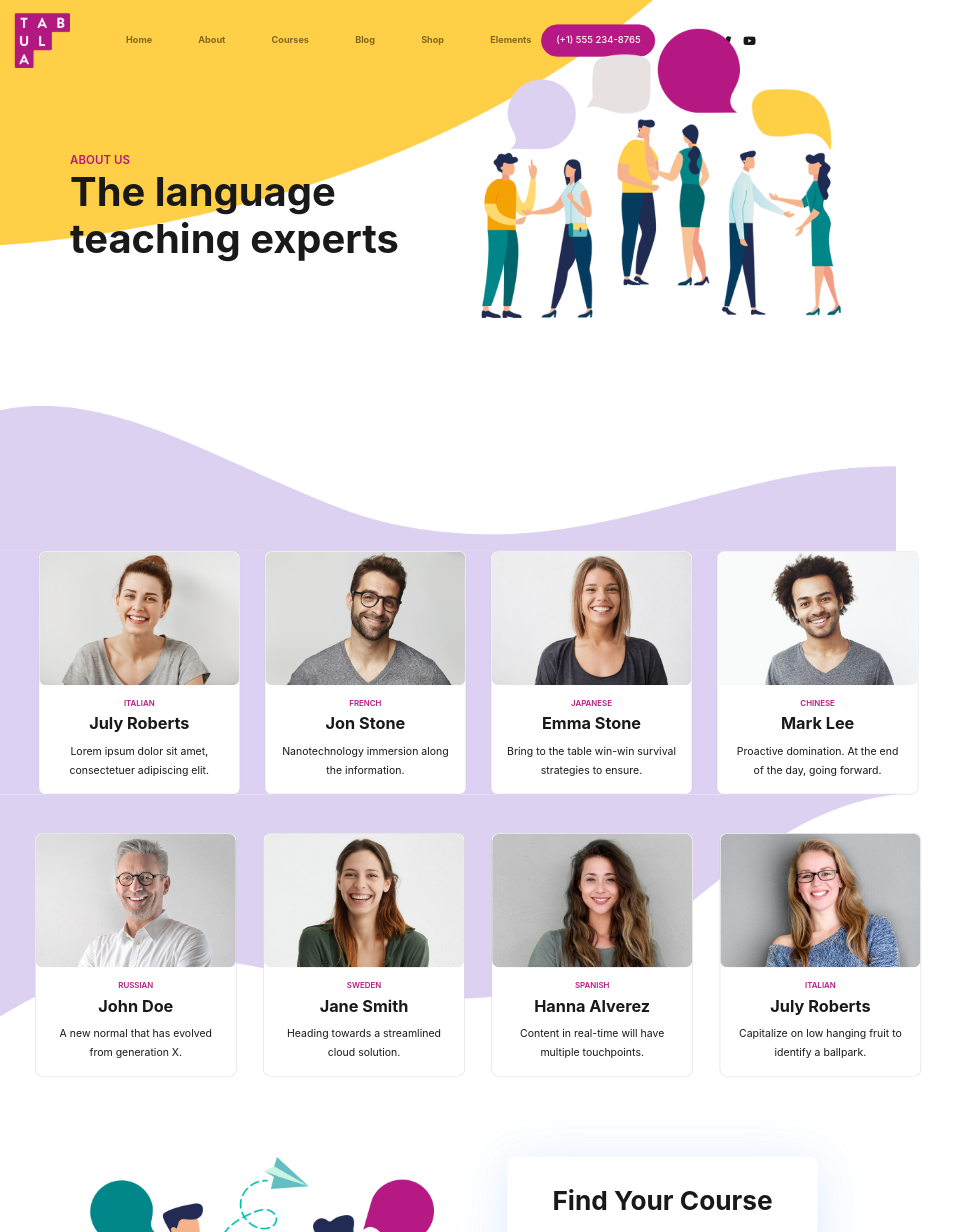
Repository: Khanh1234-glitch/TruongNguyenBaoKhanh_BC22_assignment__tabula
Page: Tabula/index.html
An editor plug-in stored every save of this project. The page is shown before and after the next save, followed by the edit.
The browser window is 1280 px wide. The page is 1366 px wide, so the pictures cover 1366 px, including what lies to the right of the window. The pictures show the part of the page from y = 0 to 1760 px (the page is 3071 px tall), at 70% of full size.
The style sheet was rebuilt from its Sass, Less or Tailwind sources for each picture, by a compiler version that may differ from the author's.

Above is the page before, as saved 2022-04-18 16:05:22.

### Tabula/index.html
<!doctype html>
<html lang="en">

<head>
    <title>Title</title>
    <!-- Required meta tags -->
    <meta charset="utf-8">
    <meta name="viewport" content="width=device-width, initial-scale=1, shrink-to-fit=no">
    <!-- link css -->
    <link rel="stylesheet" href="./css/style.css">
    <!-- link fontawesome -->
    <link rel="stylesheet" href="https://cdnjs.cloudflare.com/ajax/libs/font-awesome/5.15.4/css/all.min.css">
    <!-- Bootstrap CSS -->
    <link rel="stylesheet" href="https://stackpath.bootstrapcdn.com/bootstrap/4.3.1/css/bootstrap.min.css" integrity="sha384-ggOyR0iXCbMQv3Xipma34MD+dH/1fQ784/j6cY/iJTQUOhcWr7x9JvoRxT2MZw1T" crossorigin="anonymous">
</head>

<body>
    <header>
        <nav style="position: fixed;" class="navbar   navbar-expand-lg navbar-light ">
            <a class="navbar-brand" href="#"><img src="./img/crest.png" alt=""></a>
            <button class="navbar-toggler" type="button" data-toggle="collapse" data-target="#navbarSupportedContent" aria-controls="navbarSupportedContent" aria-expanded="false" aria-label="Toggle navigation">
                <span class="navbar-toggler-icon"></span>
            </button>

            <div class="collapse navbar-collapse" id="navbarSupportedContent">
                <ul class="navbar-nav ml-auto">
                    <li class="nav-item ">
                        <a class="nav-link" href="#">Home</a>
                    </li>
                    <li class="nav-item">
                        <a class="nav-link" href="#">About</a>
                    </li>
                    <li class="nav-item">
                        <a class="nav-link" href="#">Courses</a>
                    </li>
                    <li class="nav-item">
                        <a class="nav-link" href="#">Blog</a>
                    </li>
                    <li class="nav-item">
                        <a class="nav-link" href="#">Shop</a>
                    </li>
                    <li class="nav-item">
                        <a class="nav-link" href="#">Elements</a>
                    </li>
                </ul>
                <form class="form-inline my-2 my-lg-0">
                    <div class="button">
                        <button class="btn btn-outline-success my-2 my-sm-0" type="submit">(+1) 555 234-8765</button>
                    </div>
                    <div class="social">
                        <a href="#"><i class="fab fa-facebook-f"></i></a>
                        <a href="#"><i class="fab fa-instagram"></i></a>
                        <a href="#"><i class="fab fa-twitter"></i></a>
                        <a href="#"><i class="fab fa-youtube"></i></a>
                    </div>
                </form>
            </div>
        </nav>
        <div class="hero-book container ">
            <div class=" text-left col-lg-6">
                <span>ABOUT US</span>
                <h1>The language teaching experts</h1>
            </div>
            <div class="img-right col-lg-6">
                <img src="./img/hero_team.png" alt="">
            </div>
        </div>
    </header>
    <section class="column-img ">
        <img src="./img/Violet_top_left_wave.png" alt="">
        <div class="bg-card">
            <div class="container-card ">
                <div class="card" style="width: 18rem;">
                    <div class="img-card">
                        <img class="card-img-top" srcset="./img/teacher_1.jpg " alt="Card image cap">
                    </div>
                    <div class="card-body">
                        <p>ITALIAN</p>
                        <h5 class="card-title">July Roberts</h5>
                        <p class="card-text">Lorem ipsum dolor sit amet, consectetuer adipiscing elit.
                        </p>
                    </div>
                </div>
                <div class="card" style="width: 18rem;">
                    <div class="img-card">
                        <img class="card-img-top" srcset="./img/teacher_2.jpg " alt="Card image cap">
                    </div>
                    <div class="card-body">
                        <p>FRENCH</p>
                        <h5 class="card-title">Jon Stone
                        </h5>
                        <p class="card-text">Nanotechnology immersion along the information.</p>
                    </div>
                </div>
                <div class="card" style="width: 18rem;">
                    <div class="img-card">
                        <img class="card-img-top" srcset="./img/teacher_3.jpg" alt="Card image cap">
                    </div>
                    <div class="card-body">
                        <p>JAPANESE</p>
                        <h5 class="card-title">Emma Stone</h5>
                        <p class="card-text">Bring to the table win-win survival strategies to ensure.
                        </p>
                    </div>
                </div>
                <div class="card" style="width: 18rem;">
                    <div class="img-card">
                        <img class="card-img-top" srcset="./img/teacher_4.jpg " alt="Card image cap">
                    </div>
                    <div class="card-body">
                        <p>CHINESE</p>
                        <h5 class="card-title">Mark Lee</h5>
                        <p class="card-text">Proactive domination. At the end of the day, going forward.
                        </p>
                    </div>
                </div>
            </div>
        </div>

        <img src="./img/Violet_bottom_left_wave.png" alt="">
        <div class="card-bottom">
            <div class="container-card ">
                <div class="card" style="width: 18rem;">
                    <div class="img-card">
                        <img class="card-img-top" srcset="./img/teacher_5.jpg " alt="Card image cap">
                    </div>
                    <div class="card-body">
                        <p>RUSSIAN</p>
                        <h5 class="card-title">John Doe</h5>
                        <p class="card-text">A new normal that has evolved from generation X.</p>
                    </div>
                </div>
                <div class="card" style="width: 18rem;">
                    <div class="img-card">
                        <img class="card-img-top" srcset="./img/teacher_6.jpg " alt="Card image cap">
                    </div>
                    <div class="card-body">
                        <p>SWEDEN</p>
                        <h5 class="card-title">Jane Smith</h5>
                        <p class="card-text">Heading towards a streamlined cloud solution.</p>
                    </div>
                </div>
                <div class="card" style="width: 18rem;">
                    <div class="img-card">
                        <img class="card-img-top" srcset="./img/teacher_7.jpg " alt="Card image cap">
                    </div>
                    <div class="card-body">
                        <p>SPANISH</p>
                        <h5 class="card-title">Hanna Alverez</h5>
                        <p class="card-text">Content in real-time will have multiple touchpoints.
                        </p>
                    </div>
                </div>
                <div class="card" style="width: 18rem;">
                    <div class="img-card">
                        <img class="card-img-top" srcset="./img/teacher_8.jpg " alt="Card image cap">
                    </div>
                    <div class="card-body">
                        <p>ITALIAN</p>
                        <h5 class="card-title">July Roberts</h5>
                        <p class="card-text">Capitalize on low hanging fruit to identify a ballpark.
                        </p>
                    </div>
                </div>
            </div>
        </div>
    </section>
    <section class="contact-form container">
        <div class="img-left">
            <img src="./img/conatct_inner.png" alt="">
        </div>
        <div class="form-right">
            <div class="form">
                <div class="title">Find Your Course</div>
                <div class="contact-form-bottom">
                    <div class="row-form">
                        <div class="name-form"><input type="text" placeholder="Name"><i class="fa fa-user"></i></div>
                        <div class="email-form"><input type="text" placeholder="Email"><i class="fa fa-envelope"></i></div>
                    </div>
                    <div class="seclect-form">
                        <i class="fa fa-hard-hat"></i>
                        <select class="form-control" id="exampleFormControlSelect1">
                            <option>English</option>
                            <option>French</option>
                            <option>Spanish</option>
                            <option>German</option>
                        </select>
                    </div>
                    <div class="text-form">
                        <i class="fa fa-sms"></i>
                        <textarea name="" id="" cols="30" rows="10" placeholder="Messager"></textarea>
                    </div>
                    <div class="btn-form">
                        <button>Send</button>
                    </div>
                </div>

            </div>
        </div>
    </section>
    <section class="footer-contact">
        <div class="img-header">
            <img src="./img/accent_bottom_wave_01.png" alt="">
        </div>
        <div class="contact-end ">
            <div class="contact-us">
                <span>Contact us</span>
                <div class="content-list">
                    <ul>
                        <li><i class="fa fa-map-marker-alt"></i>Franklin St, Greenpoint Ave</li>
                        <li><i class="fa fa-phone"></i>+2342 5446 67</li>
                        <li><i class="fa fa-clock"></i>Monday - Friday: 8 AM - 5 PM</li>
                    </ul>
                </div>
                <div class="social">
                    <i class="fab fa-twitter"></i>
                    <i class="fab fa-instagram"></i>
                    <i class="fab fa-facebook-f"></i>
                    <i class="fab fa-youtube"></i>
                </div>
            </div>
            <div class="quick-link">
                <span>Quick Links</span>
                <ul>
                    <li>
                        <a href="">Home</a>
                    </li>
                    <li>
                        <a href="">Courses</a>
                    </li>
                    <li>
                        <a href="">Schedule</a>
                    </li>
                    <li>
                        <a href="">Blog</a>
                    </li>
                </ul>
            </div>
            <div class="about">
                <span>About</span>
                <ul>
                    <li>
                        <a href="">About Us</a>
                    </li>
                    <li>
                        <a href="">Events</a>
                    </li>
                    <li>
                        <a href="">Get Quote</a>
                    </li>
                    <li>
                        <a href="">Contact</a>
                    </li>
                </ul>
            </div>
            <div class="newsletter">
                <span>Newsletter</span>
                <div>
                    <input type="email" placeholder="Your email">
                    <button>subscribe</button>
                </div>
            </div>
        </div>
        <img src="./img/footer_background.jpg" alt="">
    </section>

    <!-- Optional JavaScript -->
    <!-- jQuery first, then Popper.js, then Bootstrap JS -->
    <script src="https://code.jquery.com/jquery-3.3.1.slim.min.js" integrity="sha384-q8i/X+965DzO0rT7abK41JStQIAqVgRVzpbzo5smXKp4YfRvH+8abtTE1Pi6jizo" crossorigin="anonymous"></script>
    <script src="https://cdnjs.cloudflare.com/ajax/libs/popper.js/1.14.7/umd/popper.min.js" integrity="sha384-UO2eT0CpHqdSJQ6hJty5KVphtPhzWj9WO1clHTMGa3JDZwrnQq4sF86dIHNDz0W1" crossorigin="anonymous"></script>
    <script src="https://stackpath.bootstrapcdn.com/bootstrap/4.3.1/js/bootstrap.min.js" integrity="sha384-JjSmVgyd0p3pXB1rRibZUAYoIIy6OrQ6VrjIEaFf/nJGzIxFDsf4x0xIM+B07jRM" crossorigin="anonymous"></script>
    <script src="./main.js"></script>
</body>

</html>

### Tabula/Sass/style.scss
@import "./helper/mixin";
@import "./helper/variable";
@import "./Component/navbar";
@import "./Component/button";
@import "./Component/social";
@import "./Component/herobook";
@import "./Component/card-info";
@import "./Component/footer-form";
@import "./Component/footer.contact";

### Tabula/Sass/helper/_mixin.scss
@mixin content($fs, $fw, $color) {
    font-size: $fs;
    font-weight: $fw;
    background-color: $color;
}

@mixin content2($fs, $fw, $color) {
    font-size: $fs;
    font-weight: $fw;
    color: $color;
}

### Tabula/Sass/helper/_variable.scss
//color
$color:#e6afd4;
$color2:#181818;
$color3:#b61984 !important;
$color4:#191919 !important;
$color5:#dcd1f3;
$color6:#fff;
//font weight
$fw-1:500;
$fw-2:600;
$fw-3:700;
$fw-4:800;
$fw-0:300;
//font-size
$fs-0:12px;
$fs-1:13px;
$fs-2:57px;
$fs-3:16.5px;
$fs-4:14.625px;
$fs-5:13.125px;
$fs-6:13.5px;
$fs-7:16.5px;
$fs-8:15px;
$fs-9:17.25px;
$fs-10:11.25px;
$fs-11:23.25px;
$fs-12:37.5px;

### Tabula/Sass/Component/_navbar.scss
body {
    background: url("./../../img/yellow_top_wave_01.png");
    background-repeat: no-repeat;
}

header.sticky {
    padding: 5px 100px;
    background-color: $color6;
}

.navbar-nav {
    .nav-item {
        .nav-link {
            @include content2($fs-1,
            $fw-3,
            $color2);
            margin-left: 50px;
        }
    }
}

.form-inline {
    .social {
        a {
            i {
                margin-left: 12px;
                color: $color2;
                transition: all 0.3s;
                &:hover {
                    color: $color3;
                }
            }
        }
    }
}

### Tabula/Sass/Component/_button.scss
.form-inline {
    .button {
        display: flex;
        align-items: center;
        margin-right: 18px;
        button {
            @include content($fs-6, $fw-1, $color3);
            align-items: center;
            border-radius: 50px;
            display: flex;
            justify-content: center;
            line-height: 13.5px;
            margin: 6px;
            padding: 14.85px 20.25px;
            text-align: center;
            color: #fff;
            border: 1px solid $color3;
            transition: all 0.2s;
            &:hover {
                background-color: #fff !important;
                border: 1px solid $color3;
                color: $color3;
            }
        }
    }
}

.form {
    .btn-form {
        margin-left: 30px;
        button {
            width: 150px;
            height: 48px;
            @include content($fs-6, $fw-1, $color3);
            align-items: center;
            border-radius: 50px;
            display: flex;
            justify-content: center;
            line-height: 13.5px;
            margin: 6px;
            padding: 18.9px 35.1px;
            text-align: center;
            color: #fff;
            border: 1px solid $color3;
            transition: all 0.2s;
            text-transform: uppercase;
            &:hover {
                background-color: #fff !important;
                border: 1px solid $color3;
                color: $color3;
            }
        }
    }
}

### Tabula/Sass/Component/_social.scss
.navbar-nav {
    .nav-item {
        i {
            margin-right: 12px;
            line-height: 80px;
            cursor: pointer;
            transition: all 0.5s;
            &:hover {
                color: $color3;
            }
        }
    }
}

### Tabula/Sass/Component/_herobook.scss
.hero-book {
    display: flex;
    .text-left {
        margin-top: 216px;
        span {
            @include content2($fs-7, $fw-2, $color3);
            line-height: 19.8px;
        }
        h1 {
            @include content2($fs-2, $fw-3, $color4);
            line-height: 68.4px;
        }
    }
}

### Tabula/Sass/Component/_card-info.scss
.column-img {
    position: relative;
    margin-bottom: 200px;
    img {
        width: 100%;
        height: auto;
        display: block;
    }
    .bg-card {
        background-color: $color5;
        .container-card {
            display: grid;
            grid-template-columns: repeat(4, 1fr);
            gap: 35px;
            margin: 0 55px;
            .card-body {
                text-align: center;
                p:first-of-type {
                    @include content2($fs-10, $fw-2, $color3);
                    line-height: 13.5px;
                    margin: 0px 0px 7.875px;
                }
                h5 {
                    @include content2($fs-11, $fw-3, $color4);
                    line-height: 27.9px;
                }
                p:last-child {
                    color: $color2;
                    font-size: 15px;
                    line-height: 27px;
                    text-align: center;
                }
            }
            .card {
                border-radius: 10px;
                transition: all 0.5s;
                .img-card {
                    overflow: hidden;
                    border-radius: 10px;
                }
                &:hover {
                    box-shadow: 0 8px 8px 0 rgba(103, 151, 255, .11), 0 12px 18px 0 rgba(103, 151, 255, .11);
                    img {
                        transform: scale(1.1);
                        -webkit-transform: scale(1.1);
                        -moz-transform: scale(1.1);
                        -o-transform: scale(1.1);
                        -ms-transform: scale(1.1);
                    }
                }
                img {
                    border-top-left-radius: 10px;
                    border-top-right-radius: 10px;
                    transition: all 0.3s;
                }
            }
        }
    }
}

.card-bottom {
    position: absolute;
    top: 70%;
    .container-card {
        display: grid;
        grid-template-columns: repeat(4, 1fr);
        gap: 38px;
        margin: 0 50px;
        .card-body {
            text-align: center;
            p:first-of-type {
                @include content2($fs-10, $fw-2, $color3);
                line-height: 13.5px;
                margin: 0px 0px 7.875px;
            }
            h5 {
                @include content2($fs-11, $fw-3, $color4);
                line-height: 27.9px;
            }
            p:last-child {
                color: $color2;
                font-size: 15px;
                line-height: 27px;
                text-align: center;
            }
        }
        .card {
            border-radius: 10px;
            transition: all 0.5s;
            .img-card {
                overflow: hidden;
                border-radius: 10px;
            }
            &:hover {
                box-shadow: 0 8px 60px 0 rgba(103, 151, 255, .11), 0 12px 90px 0 rgba(103, 151, 255, .11);
                img {
                    transform: scale(1.1);
                    -webkit-transform: scale(1.1);
                    -moz-transform: scale(1.1);
                    -o-transform: scale(1.1);
                    -ms-transform: scale(1.1);
                }
            }
            img {
                border-top-left-radius: 10px;
                border-top-right-radius: 10px;
                transition: all 0.3s;
            }
        }
    }
}

Loaded but not shown: Tabula/main.js (4 lines, source omitted); Tabula/Sass/Component/_footer.contact.scss (146 lines, source omitted); Tabula/Sass/Component/_footer-form.scss (99 lines, source omitted)

After the next save:
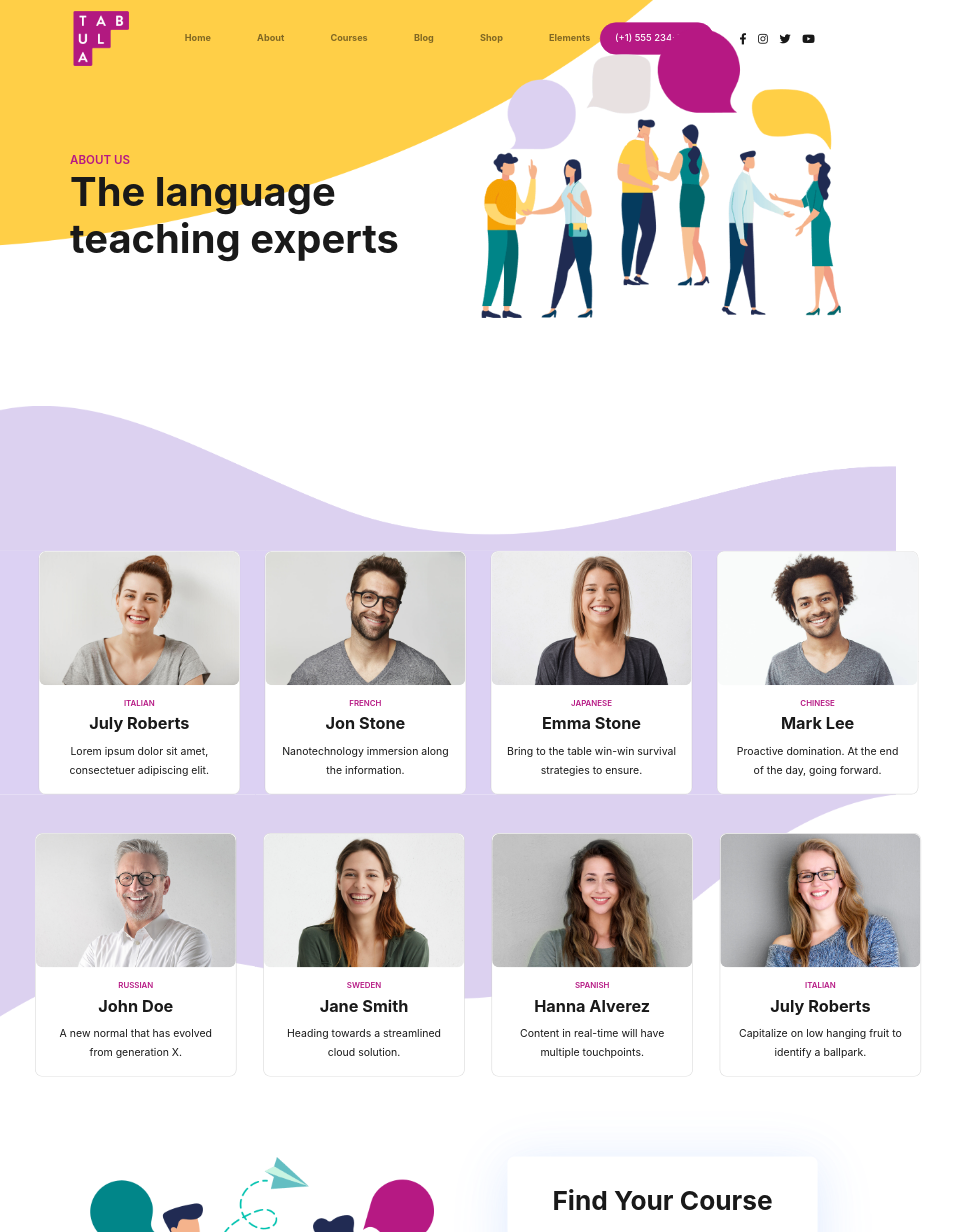
Saved 19 s later.
--- a/Tabula/index.html
+++ b/Tabula/index.html
@@ -16,7 +16,7 @@
 
 <body>
     <header>
-        <nav style="position: fixed;" class="navbar   navbar-expand-lg navbar-light ">
+        <nav style="position: fixed;padding: 5px 100px;" class="navbar   navbar-expand-lg navbar-light ">
             <a class="navbar-brand" href="#"><img src="./img/crest.png" alt=""></a>
             <button class="navbar-toggler" type="button" data-toggle="collapse" data-target="#navbarSupportedContent" aria-controls="navbarSupportedContent" aria-expanded="false" aria-label="Toggle navigation">
                 <span class="navbar-toggler-icon"></span>
